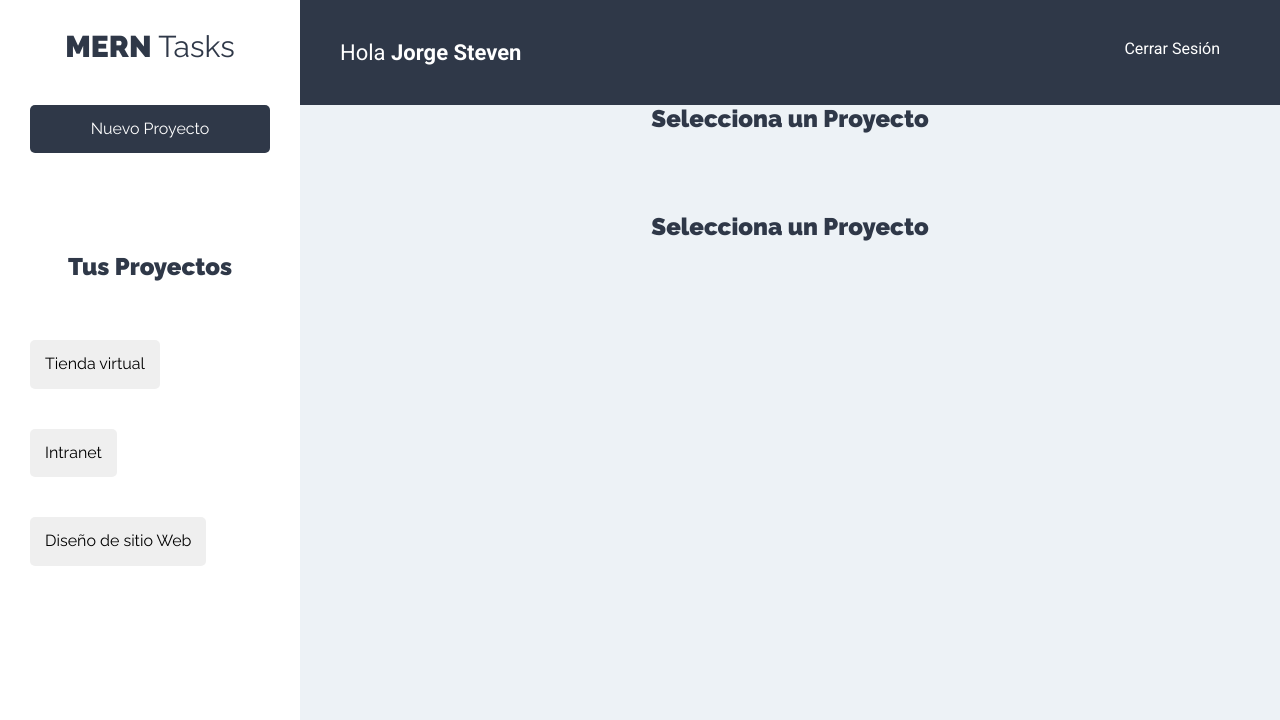
Repository: tive02/MERNTask-cliente
Page: /proyectos
These files come from the project's save history. The page is drawn as it stood at one moment and after the next save; the edit follows.
The browser window is 1280 px wide. The pictures show the whole page.
The project was rebuilt for these pictures with package versions that can differ from the ones it lists, and the page was loaded fresh each time. Also part of the build but not shown: src/components/auth/Login.js, src/components/auth/NuevaCuenta.js, src/components/tareas/Tarea.js.

Above is the page before, as saved 2021-03-20 21:22:43.

### public/index.html
<!DOCTYPE html>
<html lang="en">
  <head>
    <meta charset="utf-8" />
    <link rel="icon" href="%PUBLIC_URL%/favicon.ico" />
    <meta name="viewport" content="width=device-width, initial-scale=1" />
    <meta name="theme-color" content="#000000" />
    <meta
      name="description"
      content="Web site created using create-react-app"
    />
    <link rel="apple-touch-icon" href="logo192.png" />

    <link rel="manifest" href="%PUBLIC_URL%/manifest.json" />
    <link
      rel="stylesheet"
      href="https://cdnjs.cloudflare.com/ajax/libs/normalize/8.0.1/normalize.min.css"
    />
    <link
      href="https://fonts.googleapis.com/css?family=Raleway:400,900|Roboto:300,400,700&display=swap"
      rel="stylesheet"
    />
    <title>MERNTasks</title>
  </head>
  <body>
    <noscript>You need to enable JavaScript to run this app.</noscript>
    <div id="root"></div>
  </body>
</html>

### src/index.css
:root {
  --blanco: #ffffff;
  --gris1: #edf2f6;
  --gris2: #2f3848;
  --gris3: #1a202d;
  --negro: #000000;
  --headingFont: "Raleway", sans-serif;
  --textFont: "Roboto", sans-serif;
}
*,
*:before,
*:after {
  box-sizing: inherit;
}
html {
  box-sizing: border-box;
  height: 100%;
  font-size: 62.5%;
}
body {
  min-height: 100%;
  background-color: var(--gris1);
  font-size: 16px;
  font-size: 1.6rem;
  font-family: var(--textFont);
}

h1,
h2 {
  font-family: var(--headingFont);
  font-weight: 900;
  margin: 0 0 4rem 0;
  text-align: center;
  color: var(--gris2);
}
h1 span {
  font-weight: 400;
}
h1 {
  font-size: 3rem;
}
h2 {
  font-size: 2.4rem;
}
ul {
  list-style: none;
  padding: 0;
  margin: 0;
}
a {
  text-decoration: none;
  color: var(--gris2);
}

/** BOTONES **/
.btn {
  margin-top: 2rem;
  font-family: var(--headingFont);
  padding: 1.5rem;
  font-size: 1.4;
  font-weight: 400;
  border-radius: 0.5rem;
  border: none;
  transition: background-color 0.3s ease;
}
.btn:hover {
  cursor: pointer;
}
.btn-primario {
  background-color: var(--gris2);
  color: var(--blanco);
}
.btn-primario:hover {
  background: var(--gris3);
}
.btn-secundario {
  background-color: var(--gris1);
}
.btn-block {
  display: block;
  width: 100%;
}
.btn-submit:hover {
  background-color: var(--gris2);
}
.btn-blank {
  margin: 0;
  padding: 0;
  display: block;
  background-color: transparent;
}

@media (min-width: 768px) {
  .contenedor-app {
    display: flex;
    min-height: 100vh;
  }

  aside {
    background-color: var(--blanco);
    flex: 0 0 300px;
  }
  .seccion-principal {
    flex: 1;
  }
}

/* BARRA LATERAL */
aside {
  padding: 3rem;
}

.formulario-nuevo-proyecto {
  margin-top: 6rem;
}
.formulario-nuevo-proyecto .input-text {
  border-bottom: 1px solid var(--gris2);
  border-radius: 0;
  background-color: var(--gris1);
}
.formulario-nuevo-proyecto .input-text::placeholder {
  color: var(--gris2);
}
.proyectos {
  margin-top: 10rem;
}
.listado-proyectos li {
  margin-bottom: 2rem;
}
.listado-proyectos li a {
  font-size: 1.4rem;
  color: var(--gris2);
  line-height: 1.5;
  font-weight: 300;
}
.app-header {
  display: flex;
  justify-content: space-between;
  background-color: var(--gris2);
  padding: 4rem;
}
.nombre-usuario {
  color: var(--blanco);
  font-size: 2.2rem;
  margin: 0;
}
.nombre-usuario span {
  font-weight: 900;
}
.nav-principal a {
  color: var(--blanco);
  text-decoration: none;
}
.nav-principal a:first-of-type {
  margin-right: 2rem;
}

/** Formulario crear y editar tareas **/
.formulario {
  background-color: var(--gris3);
  padding: 4rem;
}
.formulario form {
  max-width: 600px;
  margin: 0 auto;
}
.contenedor-input {
  display: flex;
}
.contenedor-input label {
  margin-bottom: 1rem;
  color: var(--blanco);
}
.input-text {
  padding: 1rem;
  border: none;
  border-radius: 0.5rem;
  flex: 1;
  width: 100%;
}

/** TAREAS LISTADO **/
.contenedor-tareas {
  padding: 4rem;
}

.listado-tareas {
  max-width: 600px;
  margin: 0 auto;
}

.tarea {
  display: flex;
  justify-content: space-between;
  background-color: var(--blanco);
  padding: 0.5rem 2rem;
  align-items: center;
  margin-bottom: 1rem;
  border-radius: 0.5rem;
}
.sombra {
  -webkit-box-shadow: 0px 4px 10px -3px rgba(117, 117, 117, 1);
  -moz-box-shadow: 0px 4px 10px -3px rgba(117, 117, 117, 1);
  box-shadow: 0px 4px 10px -3px rgba(117, 117, 117, 1);
}
.sombra-dark {
  -webkit-box-shadow: 0px 6px 11px -8px rgba(0, 0, 0, 0.9);
  -moz-box-shadow: 0px 6px 11px -8px rgba(0, 0, 0, 0.9);
  box-shadow: 0px 6px 11px -8px rgba(0, 0, 0, 0.9);
}
.tarea .acciones .btn:first-of-type {
  margin-right: 1rem;
}
.tarea p {
  font-size: 1.6rem;
  flex: 1;
  padding-right: 2rem;
}
.tarea .btn {
  padding: 0.8rem;
  font-size: 1.4rem;
  border-radius: 0;
  margin: 0;
}

.estado {
  margin-right: 1rem;
}
.estado button,
.mensaje {
  font-weight: 900;
  font-family: var(--textFont);
  font-size: 1rem;
  padding: 0.5rem;
  border-radius: 0.5rem;
  cursor: pointer;
  border: none;
}
.mensaje {
  text-align: center;
  font-size: 1.6rem;
  border-radius: 0;
}
.mensaje:hover {
  cursor: default;
}
.completo,
.correcto {
  background-color: rgba(154, 252, 154, 0.3);
  color: var(--gris3);
}
.incompleto {
  background-color: rgba(255, 178, 178, 0.4);
  color: var(--gris3);
}
.error {
  max-width: 600px;
  margin: 2rem auto 0 auto;
  background-color: rgb(170, 0, 0);
  color: var(--blanco);
}

.tarea-enter,
.proyecto-enter {
  opacity: 0;
}
.tarea-enter-active,
.proyecto-enter-active {
  opacity: 1;
  transition: opacity 200ms;
}
.tarea-exit,
.proyecto-exit {
  opacity: 1;
}
.tarea-exit-active,
.proyecto-exit-active {
  opacity: 0;
  transition: opacity 200ms;
}

.form-usuario {
  background-color: var(--gris2);
  height: 100vh;
  min-height: 800px;
  display: flex;
  align-items: center;
  justify-content: center;
}

.contenedor-form {
  padding: 5rem 3rem;
  max-width: 500px;
  width: 95%;
  background-color: var(--blanco);
  border-radius: 1rem;
}

.campo-form {
  display: flex;
  margin-bottom: 2rem;
  align-items: center;
}
.campo-form:last-of-type {
  margin: 0;
}
.campo-form label {
  flex: 0 0 100px;
  font-family: var(--textFont);
}
.campo-form input[type="password"],
.campo-form input[type="email"],
.campo-form input[type="text"] {
  border: 1px solid #e1e1e1;
  padding: 1rem;
  flex: 1;
}

.enlace-cuenta {
  margin-top: 2rem;
  display: block;
  opacity: 0.7;
}

### src/App.js
import React from "react";
import { BrowserRouter as Router, Switch, Route } from "react-router-dom";
import Login from "./components/auth/Login";
import NuevaCuenta from "./components/auth/NuevaCuenta";
import Proyectos from "./components/proyectos/Proyectos";
import ProyectoState from "./context/proyectos/proyectoState";

function App() {
  return (
    <ProyectoState>
      <Router>
        <Switch>
          <Route exact path="/" component={Login} />
          <Route exact path="/nueva-cuenta" component={NuevaCuenta} />
          <Route exact path="/proyectos" component={Proyectos} />
        </Switch>
      </Router>
    </ProyectoState>
  );
}

export default App;

### src/components/proyectos/Proyectos.js
import React from "react";
import Barra from "../layout/Barra";
import Sidebar from "../layout/Sidebar";
import FormTarea from "../tareas/FormTarea";
import ListadoTarea from "../tareas/ListadoTarea";
const Proyectos = () => {
  return (
    <div className="contenedor-app">
      <Sidebar />

      <div className="seccion-principal">
        <Barra />
        <main>
          <FormTarea />
          <div className="contenedor-tareas">
            <ListadoTarea />
          </div>
        </main>
      </div>
    </div>
  );
};

export default Proyectos;

### src/context/proyectos/proyectoState.js
import React, { useReducer } from "react";
import { v4 as uuidv4 } from "uuid";
import {
  FORMULARIO_PROYECTO,
  OBTENER_PROYECTOS,
  AGREGAR_PROYECTOS,
  VALIDAR_FORMULARIO,
  PROYECTO_ACTUAL,
} from "../../types/Index";
import proyectoContext from "./proyectoContext";
import proyectoReducer from "./proyectoReducer";

const ProyectoState = (props) => {
  const proyectos = [
    { id: 1, nombre: "Tienda virtual" },
    { id: 2, nombre: "Intranet" },
    { id: 3, nombre: "Diseño de sitio Web" },
  ];
  const initialState = {
    proyectos: [],
    formulario: false,
    errorformulario: false,
    proyecto: null,
  };
  //Dispatch para ejecutar acciones
  const [state, dispatch] = useReducer(proyectoReducer, initialState);

  //Serie de Funciones para el CRUD
  const mostrarFormulario = () => {
    dispatch({
      type: FORMULARIO_PROYECTO,
    });
  };

  //OBtener los Proyectos
  const obtenerProyectos = () => {
    dispatch({
      type: OBTENER_PROYECTOS,
      payload: proyectos,
    });
  };
  //Agregar Nuevo Proyecto
  const agregarProyecto = (proyecto) => {
    proyecto.id = uuidv4();
    //Insertar el proyecto en el state
    dispatch({
      type: AGREGAR_PROYECTOS,
      payload: proyecto,
    });
  };

  //VALIDAR EL FORMULARIO
  const mostrarError = () => {
    dispatch({
      type: VALIDAR_FORMULARIO,
    });
  };

  //Selecciona el PRoyecto que el usuario dio click
  const proyectoActual = (proyectoId) => {
    dispatch({
      type: PROYECTO_ACTUAL,
      payload: proyectoId,
    });
  };
  return (
    <proyectoContext.Provider
      value={{
        proyectos: state.proyectos,
        formulario: state.formulario,
        errorformulario: state.errorformulario,
        proyecto: state.proyecto,
        mostrarFormulario,
        obtenerProyectos,
        agregarProyecto,
        mostrarError,
        proyectoActual,
      }}>
      {props.children}
    </proyectoContext.Provider>
  );
};

export default ProyectoState;

### src/components/layout/Barra.js
import React from "react";
const Barra = () => {
  return (
    <header className="app-header">
      <p className="nombre-usuario">
        Hola <span>Jorge Steven</span>
      </p>
      <nav className="nav-principal">
        <a href="#!">Cerrar Sesión</a>
      </nav>
    </header>
  );
};

export default Barra;

### src/components/layout/Sidebar.js
import React from "react";
import ListadoProyectos from "../proyectos/ListadoProyectos";
import NuevoProyecto from "../proyectos/NuevoProyecto";

const Sidebar = () => {
  return (
    <aside>
      <h1>
        MERN <span>Tasks</span>
      </h1>
      <NuevoProyecto />
      <div className="proyectos">
        <h2>Tus Proyectos</h2>
        <ListadoProyectos />
      </div>
    </aside>
  );
};

export default Sidebar;

### src/components/tareas/FormTarea.js
import React, { useContext } from "react";
import proyectoContext from "../../context/proyectos/proyectoContext";

const FormTarea = () => {
  //Extraer Proyectos del state inicial
  const proyectosContext = useContext(proyectoContext);
  const { proyecto } = proyectosContext;
  //Si no hay un proyecto seleccionado
  if (!proyecto) return <h2>Selecciona un Proyecto</h2>;
  return (
    <div className="formulario">
      <form>
        <div className="contenedor-input">
          <input
            type="text"
            className="input-text"
            placeholder="Nombre Tarea..."
            name="nombre"
          />
        </div>
        <div className="contenedor-input">
          <input
            type="submit"
            className="btn btn-primario btn-block btn-submit"
            value="Agregar Tarea"
          />
        </div>
      </form>
    </div>
  );
};

export default FormTarea;

### src/components/tareas/ListadoTarea.js
import React, { Fragment, useContext } from "react";
import proyectoContext from "../../context/proyectos/proyectoContext";
import Tarea from "./Tarea";

const ListadoTarea = () => {
  //Extraer Proyectos del state inicial
  const proyectosContext = useContext(proyectoContext);
  const { proyecto } = proyectosContext;
  //Si no hay un proyecto seleccionado
  if (!proyecto) return <h2>Selecciona un Proyecto</h2>;

  //Array detructuring para extraer el proyecto actual
  const [proyectoActual] = proyecto;
  const tareasProyecto = [
    { nombre: "Elegir Plataforma", estado: true },
    { nombre: "Elegir Colores", estado: false },
    { nombre: "Elegir Plataforma de pago", estado: false },
    { nombre: "Elegir Hosting", estado: true },
  ];

  return (
    <Fragment>
      <h2> Proyecto: {proyectoActual.nombre}</h2>
      <ul className="listado-tareas">
        {tareasProyecto.length === 0 ? (
          <li className="tarea">
            <p>No hay Tareas</p>
          </li>
        ) : (
          tareasProyecto.map((tarea) => <Tarea tarea={tarea} />)
        )}
      </ul>
      <button type="button" className="btn btn-eliminar">
        Eliminar Proyecto &times;
      </button>
    </Fragment>
  );
};

export default ListadoTarea;

### src/types/Index.js
export const FORMULARIO_PROYECTO = "FORMULARIO_PROYECTO";
export const OBTENER_PROYECTOS = "OBTENER_PROYECTOS";
export const AGREGAR_PROYECTOS = "AGREGAR_PROYECTOS";
export const VALIDAR_FORMULARIO = "VALIDAR_FORMULARIO";
export const PROYECTO_ACTUAL = "PROYECTO_ACTUAL";

### src/context/proyectos/proyectoContext.js
import React, { createContext } from "react";

const proyectoContext = createContext();

export default proyectoContext;

### src/context/proyectos/proyectoReducer.js
import {
  FORMULARIO_PROYECTO,
  OBTENER_PROYECTOS,
  AGREGAR_PROYECTOS,
  VALIDAR_FORMULARIO,
  PROYECTO_ACTUAL,
} from "../../types/Index";

export default (state, action) => {
  switch (action.type) {
    case FORMULARIO_PROYECTO:
      return {
        ...state,
        formulario: true,
      };

    case OBTENER_PROYECTOS:
      return {
        ...state,
        proyectos: action.payload,
      };
    case AGREGAR_PROYECTOS:
      return {
        ...state,
        proyectos: [...state.proyectos, action.payload],
        formulario: false,
        errorformulario: false,
      };
    case VALIDAR_FORMULARIO:
      return {
        ...state,
        errorformulario: true,
      };
    case PROYECTO_ACTUAL:
      return {
        ...state,
        proyecto: state.proyectos.filter(
          (proyecto) => proyecto.id === action.payload
        ),
      };
    default:
      return state;
  }
};

### src/components/proyectos/ListadoProyectos.js
import React, { useContext, useEffect } from "react";
import proyectoContext from "../../context/proyectos/proyectoContext";
import Proyecto from "./Proyecto";

const ListadoProyectos = () => {
  //Extraer proyectos de State inicial
  const proyectosContext = useContext(proyectoContext);
  const { proyectos, obtenerProyectos } = proyectosContext;

  useEffect(() => {
    obtenerProyectos();
  }, []);
  //Revisar si proyectos tiene contenido
  if (proyectos.length === 0) return null;

  return (
    <ul className="listado-proyectos">
      {proyectos.map((proyecto) => (
        <Proyecto key={proyecto.id} proyecto={proyecto} />
      ))}
    </ul>
  );
};

export default ListadoProyectos;

### src/components/proyectos/NuevoProyecto.js
import React, { Fragment, useContext, useState } from "react";
import proyectoContext from "../../context/proyectos/proyectoContext";

const NuevoProyecto = () => {
  //Obtener el state del formulario
  const proyectosContext = useContext(proyectoContext);

  const {
    formulario,
    errorformulario,
    mostrarFormulario,
    agregarProyecto,
    mostrarError,
  } = proyectosContext;

  //State para el proyecto
  const [proyecto, guardarProyecto] = useState({
    nombre: "",
  });

  // Extraer nombre del proyecto
  const { nombre } = proyecto;

  //Lee el contenido del input
  const onChangeProyecto = (e) => {
    guardarProyecto({
      ...proyecto,
      [e.target.name]: e.target.value,
    });
  };
  //cuando el usuario envia el proyecto
  const onSubmitProyecto = (e) => {
    e.preventDefault();
    //Validar el proyecto
    if (nombre === "") {
      mostrarError();
      return;
    }
    //Agregar al State
    agregarProyecto(proyecto);

    //Reiniciar el form
    guardarProyecto({
      nombre: "",
    });
  };

  //MOSTRAR EL FORMULARIO
  const onClickFormulario = () => {
    mostrarFormulario();
  };
  return (
    <Fragment>
      <button
        className="btn btn-block btn-primario"
        type="button"
        onClick={onClickFormulario}>
        Nuevo Proyecto
      </button>
      {formulario ? (
        <form className="formulario-nuevo-proyecto" onSubmit={onSubmitProyecto}>
          <input
            type="text"
            className="input-text"
            placeholder="Nombre Proyecto"
            name="nombre"
            onChange={onChangeProyecto}
            value={nombre}
          />
          <input
            type="submit"
            className="btn btn-block btn-primario"
            value="Agregar Proyecto"
          />
        </form>
      ) : null}
      {errorformulario ? (
        <p className="mensaje error">El Nombre del Proyecto es Obligatorio</p>
      ) : null}
    </Fragment>
  );
};

export default NuevoProyecto;

### src/components/proyectos/Proyecto.js
import React, { useContext } from "react";
import proyectoContext from "../../context/proyectos/proyectoContext";

const Proyecto = ({ proyecto }) => {
  //Obtener el State Del proyecto
  const proyectosContext = useContext(proyectoContext);
  const { proyectoActual } = proyectosContext;

  return (
    <li>
      <button
        type="button"
        className="btn btn-black"
        onClick={() => proyectoActual(proyecto.id)}>
        {proyecto.nombre}
      </button>
    </li>
  );
};

export default Proyecto;

Loaded but not shown: src/index.js (common file); src/reportWebVitals.js (common file)

After the next save:
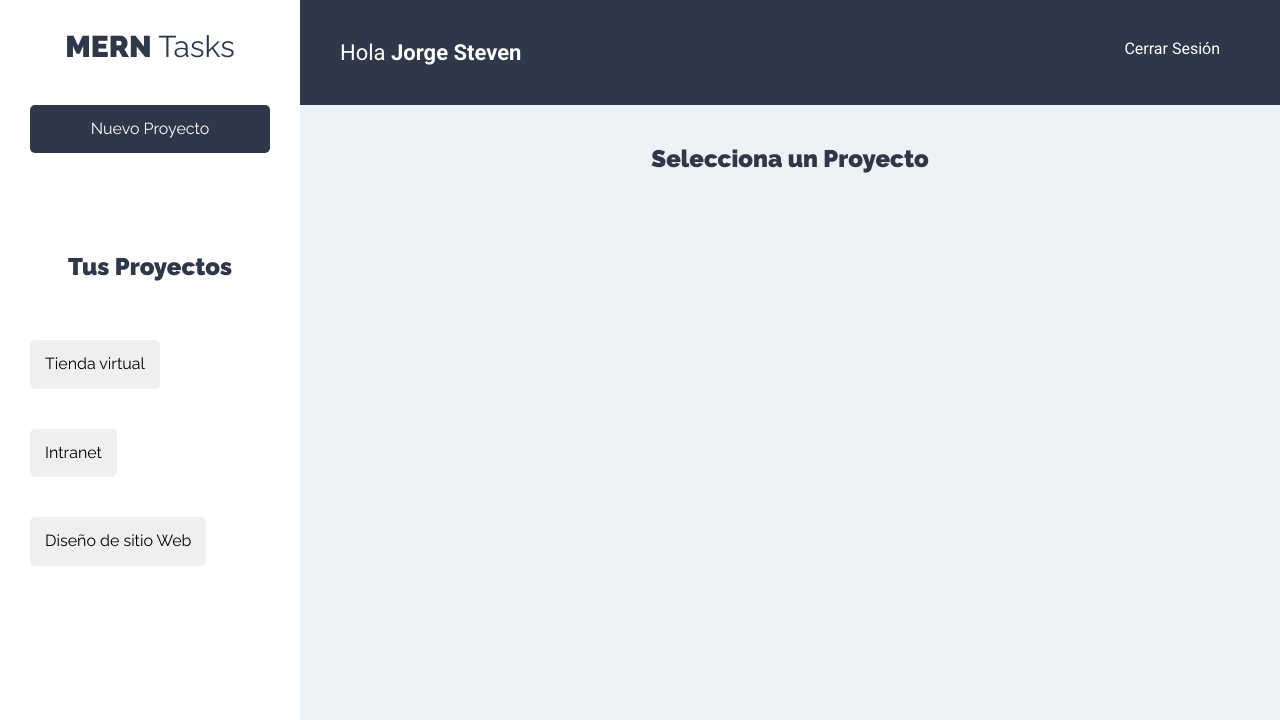
Saved 26 s later.
--- a/src/components/tareas/FormTarea.js
+++ b/src/components/tareas/FormTarea.js
@@ -6,7 +6,7 @@ const FormTarea = () => {
   const proyectosContext = useContext(proyectoContext);
   const { proyecto } = proyectosContext;
   //Si no hay un proyecto seleccionado
-  if (!proyecto) return <h2>Selecciona un Proyecto</h2>;
+  if (!proyecto) return null;
   return (
     <div className="formulario">
       <form>
